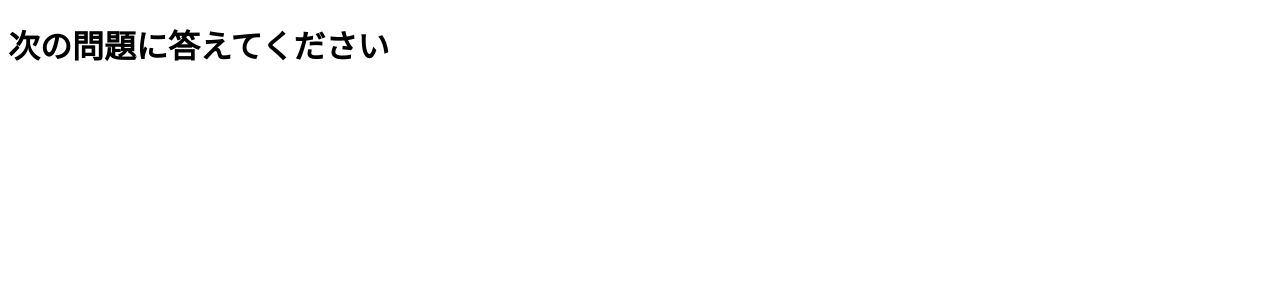
Repository: fujisann1024/javaPro
Page: http://localhost/QuizApp/quizForm.jsp
The author's editor kept a copy of each file at every save. The page is drawn from the files as they stood at one save, then again after the next save.
The browser window is 1280 px wide. The pictures show the whole page.
The page is served by Tomcat 9. Nobody is signed in. The application's start-up code is not run. Other server files are loaded and not shown.

Above is the page before, as saved 2020-09-25 11:30:00.

### QuizApp/WebContent/quizForm.jsp
<%@ page language="java" contentType="text/html; charset=UTF-8"
    pageEncoding="UTF-8"%>
<!DOCTYPE html>
<html>
<head>
<meta charset="UTF-8">
<title>Insert title here</title>
</head>
<body>
<h1>次の問題に答えてください</h1>
<!-- 問題文が表示される -->
<% %>
<!--
	解答に答えるためのformタグを作成
 	action="/プロジェクト名/サーブレットファイル"
 	method=post(doPostに送る)またはget(doGet)							          -->
<form action="/QuizApp/Quiz.java">

</form>

</body>
</html>

After the next save:
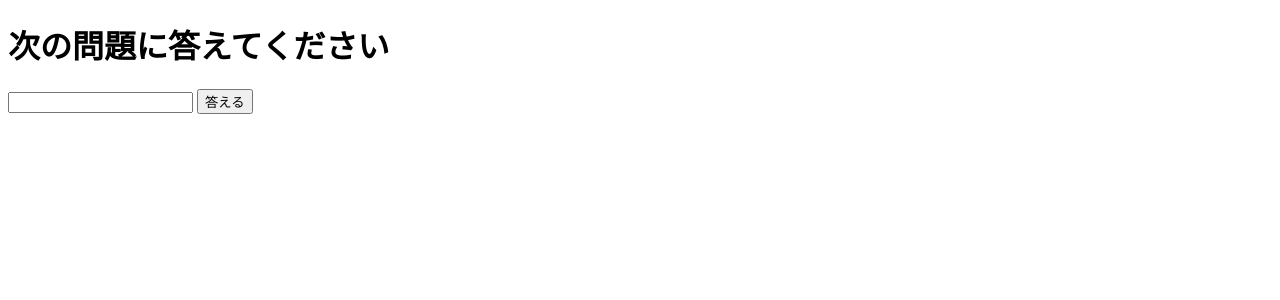
Saved 10 min 7 s later.
--- a/QuizApp/WebContent/quizForm.jsp
+++ b/QuizApp/WebContent/quizForm.jsp
@@ -13,9 +13,10 @@
 <!--
 	解答に答えるためのformタグを作成
  	action="/プロジェクト名/サーブレットファイル"
- 	method=post(doPostに送る)またはget(doGet)							          -->
+ 	method=post(doPostに送る)またはget(doGetに送る)を指定							          -->
 <form action="/QuizApp/Quiz.java">
-
+	<input type="number" name="answer">
+	<input type="submit" value="答える">
 </form>
 
 </body>
